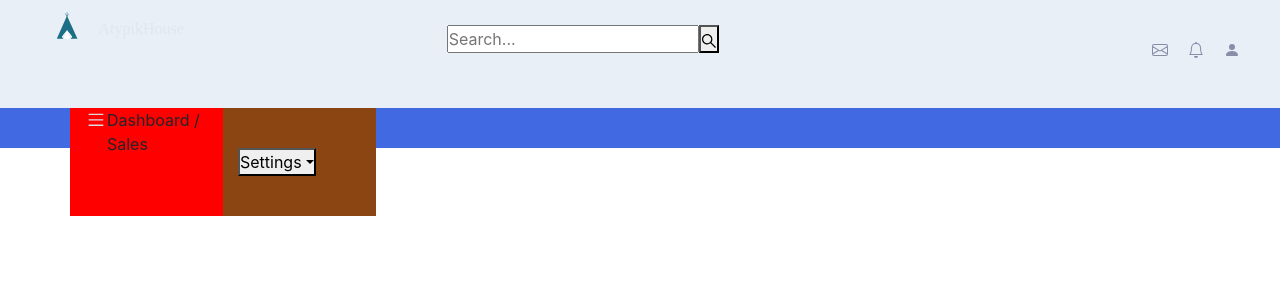
Repository: kifack/API-Symfony-AtypikHouse
Page: / (app in admin-frontend/)
An editor plug-in stored every save of this project. The page is shown before and after the next save, followed by the edit.
The browser window is 1280 px wide. The pictures show the whole page.
Some web libraries are served in a nearby version. The project was rebuilt for these pictures with package versions that can differ from the ones it lists, and the page was loaded fresh each time. Also part of the build but not shown: admin-frontend/src/css/Responsive.css, admin-frontend/src/css/admin/navbar.css, admin-frontend/src/components/template_parts/Header.js, admin-frontend/src/components/template_parts/Footer.js, admin-frontend/src/components/template_parts/Sidebar.js, admin-frontend/src/components/partials/LocationEntry.js, admin-frontend/src/components/template_parts/Spinner.js, admin-frontend/src/actions/location.js and 26 more.

Above is the page before, as saved 2020-10-01 19:38:23.

### admin-frontend/public/index.html
<!DOCTYPE html>
<html lang="en">
  <head>
    <meta charset="utf-8" />
    <link rel="icon" href="%PUBLIC_URL%/atypikhouse.ico" />
    <meta name="viewport" content="width=device-width, initial-scale=1" />
    <meta name="theme-color" content="#000000" />
    <meta
      name="description"
      content="Web site created using create-react-app"
    />
    <link
      rel="stylesheet"
      href="https://use.fontawesome.com/releases/v5.8.1/css/all.css"
      integrity="sha384-50oBUHEmvpQ+1lW4y57PTFmhCaXp0ML5d60M1M7uH2+nqUivzIebhndOJK28anvf"
      crossorigin="anonymous"
    />
    <!--
      manifest.json provides metadata used when your web app is installed on a
      user's mobile device or desktop. See https://developers.google.com/web/fundamentals/web-app-manifest/
    -->
    <!-- <link rel="manifest" href="%PUBLIC_URL%/manifest.json" /> -->
    <!--
      Notice the use of %PUBLIC_URL% in the tags above.
      It will be replaced with the URL of the `public` folder during the build.
      Only files inside the `public` folder can be referenced from the HTML.

      Unlike "/favicon.ico" or "favicon.ico", "%PUBLIC_URL%/favicon.ico" will
      work correctly both with client-side routing and a non-root public URL.
      Learn how to configure a non-root public URL by running `npm run build`.
    -->
    <script
      src="https://code.jquery.com/jquery-3.5.1.min.js"
      integrity="sha256-9/aliU8dGd2tb6OSsuzixeV4y/faTqgFtohetphbbj0="
      crossorigin="anonymous"
    ></script>
    <script src="https://stackpath.bootstrapcdn.com/bootstrap/4.5.2/js/bootstrap.min.js"></script>
    <script
      src="https://code.jquery.com/jquery-3.5.1.min.js"
      integrity="sha256-9/aliU8dGd2tb6OSsuzixeV4y/faTqgFtohetphbbj0="
      crossorigin="anonymous"
    ></script>

    <script src="https://stackpath.bootstrapcdn.com/bootstrap/4.5.2/js/bootstrap.min.js"></script>
    <title>AtypikHouse</title>
  </head>
  <body>
    <noscript>You need to enable JavaScript to run this app.</noscript>
    <div id="root"></div>
    <!--
      This HTML file is a template.
      If you open it directly in the browser, you will see an empty page.

      You can add webfonts, meta tags, or analytics to this file.
      The build step will place the bundled scripts into the <body> tag.

      To begin the development, run `npm start` or `yarn start`.
      To create a production bundle, use `npm run build` or `yarn build`.
    -->
  </body>
</html>

### admin-frontend/src/index.js
import React from 'react';
import ReactDOM from 'react-dom';
import App from './components/App';
import 'bootstrap/dist/css/bootstrap.min.css';
import { Provider } from 'react-redux';
import configureStore from './store/store';
import HeaderBack from './components/backend/HeaderBack';


const store = configureStore();
ReactDOM.render(
  <React.StrictMode>
    <Provider store={store}>
      <HeaderBack />
    </Provider>

  </React.StrictMode>,
  document.getElementById('root')
);

### admin-frontend/src/store/store.js
import { createStore, applyMiddleware } from "redux";
import { composeWithDevTools } from "redux-devtools-extension";
import thunk from "redux-thunk";
import rootReducer from "../reducers";

const configureStore = () => {
  const initialState = {};

  const middleware = [thunk];

  const store = createStore(
    rootReducer,
    initialState,
    composeWithDevTools(applyMiddleware(...middleware))
  );
  return store;
};

export default configureStore;

### admin-frontend/src/components/backend/HeaderBack.js
import React from "react";
import { Navbar, Nav, Image, Row, Container, Col } from "react-bootstrap";
import { BsBell, BsEnvelope, BsFillPersonFill, BsList } from "react-icons/bs";
import { FaSistrix } from "react-icons/fa";
import logo from './../../media/logonegatif.svg';


class HeaderBack extends React.Component{
    render(){
        return(

            <header>
            <Navbar>

                <div className="blue-sky menuhaut">
                <Container >
                <Row className="align-items-center">
                    <Col>
                        <Nav.Link><Image class="logo"src={logo}/><span class="titlesite">AtypikHouse</span></Nav.Link>
                    </Col>
                    <Col>
                        <form >

                        <input  type="text" placeholder="Search..." aria-label="Search"  />
                        <button type="submit" ><FaSistrix className="icons"/></button>
                        </form>
                    </Col>
                    <Col className="d-flex justify-content-end">
                        <Nav.Link><BsEnvelope className="icon-env"/></Nav.Link>
                        <Nav.Link><BsBell className="icon-bell"/></Nav.Link>
                        <Nav.Link><BsFillPersonFill className="icon-person"/></Nav.Link>
                    </Col>
                </Row >
                </Container>
                </div>

                    <div class="blue-sky sous-header">
                    <Container>
                    <Row className="align-items-center">

                        <Col className="d-flex justify-content-end">
                        <BsList class="icon-list"/>
                        <span className="titlelist"> Dashboard / Sales</span>
                        </Col>

                        <Col>
                        <button className="dropdown-toggle" type="button" id="setting">Settings</button>
                        </Col>


                    </Row>
                    </Container>
                    </div>

            </Navbar>
         </header>


        )
    }

}

export default HeaderBack;

### admin-frontend/src/utils/setAuthToken.js
import api from "./api";

const setAuthToken = (token) => {
  if (token) {
    console.log("setting...");
    api.defaults.headers.common.authorization = "Bearer " + token;
    localStorage.setItem("token", token);
  } else {
    console.log("deleting...");
    delete api.defaults.headers.common["Authorization"];
    localStorage.removeItem("token");
  }
};

export default setAuthToken;

### admin-frontend/src/css/App.css
:root {
  --primaryColor: #1c6e86;
  --secondaryColor :#060818;
  --tierColor: #1e2020;
  --white: #ffffff;
}

* {
  margin: 0;
  padding: 0;
  box-sizing: border-box;
}

@font-face {
  font-family: "title-logo";
  src: url("./../polices/vagnotie.otf");
}
@font-face {
  font-family: "title-block";
  src: url("./../polices/Vogue.ttf");
}
@font-face {
  font-family: "title-secondaire";
  src: url("./../polices/ArcaMajora3-Bold.otf");
}
@font-face {
  font-family : "sans-serifSpe";
  src: url("./../polices/Myriad-Pro_31655.ttf");
}

.blue-sky {
  background-color: var(--secondaryColor);
}
body .blue-Marine {
  background-color: var(--primaryColor);
}

.titleBlock {
  font-family: "title-block";
  padding-top: 30px;
  font-size: 1.3rem;
  color: var(--tiercolor);
}
.titleConte{
  text-align: center;
}
.btnNb{
  padding: 10px 20px;
  text-decoration: none;
  border-radius: 20px;
  font-family: "title-secondaire";
  font-size: 1rem;
}
.secondaryNb {
  color: var(--secondaryColor);
}
.btnNb:hover {
  text-decoration: none;
  color: var(--primaryColor);
  background-color: var(--secondaryColor);
}
.conteneurBtn {
  padding-top: 20px;
}
img {
  width: 100%;
}


/*********************************************************** Header backend ************************************************************************************/













/* ################################# Header ###########################*/
header .navbar{
  padding: 0;
  margin: 0;
  display: block;
}

header .menuhaut{
  height: 15vh;
  padding: 0;
  margin: 0;
}
header .menuhaut .col:first-child{
  width: 30%;
  height: 15vh;

}
header .menuhaut .col:nth-child(2){
  width: 30%;
  height: 8vh;

}
header .menuhaut .col:nth-child(3){
  width: 30%;
  height: 5vh;

}
header .menuhaut .col:nth-child(3) .nav-link{
  padding-left: 10px;
  padding-right: 10px;
  padding-top: 0px;
  padding-bottom: 10px;

}

header .menuhaut .row{
  width: 100%;
  height: 15vh;
  margin: 0;
  padding: 0;

}
header .menuhaut .container{
  max-width: 100% ;
  margin: 0;

}

header .container img {
  width: 12%;
  margin-right: 10px;

}

.titlesite, .logo{

  color: #e0e6ed;
  width: 30px;
  font-family: "title-secondair";
  font-size: 1.0rem;
}

.icon-env, .icon-bell, .icon-person {
  color: #888ea8;
}
.icon-list{
  color: #d9dadc;
  width: 30px;
  height: 25px;
 }

/*######  sous header ######*/

header .sous-header{
 background-color: royalblue;
 height: 40px;
 margin: 0;
 padding: 0;
}

header .sous-header .col:first-child{
  width: 30%;
  height: 15vh;
  background-color: red;

}
header .sous-header .row{
  background-color: saddlebrown;


}
header .menuhaut .container{
  max-width: 100% ;
  margin: 0;

}





/*

input{
  background-color: #0e1726;
  border: 0px;
  border-radius: 10px;
  height: 40px;
  width: 60%;
}

button{
  background-color: #0e1726;
  border: 0px;
  border-radius: 10px;
  height: 40px;
}


button#setting {
  background-color: #1a1c2d;
  color: #d2d8df;
  font-size: 10px;
  width: 20%;
  border-radius: 12px;

  }

  .titlelist{
    color: #e9e9ea;
   }
*/

### admin-frontend/src/reducers/index.js
import { combineReducers } from "redux";
import auth from "./auth";
import location from "./location";
import user from "./user";
import comment from "./comment";
import destination from "./destination";
import category from "./category";
import thematic from "./thematic";
import field from "./field";

export default combineReducers({
  auth,
  location,
  user,
  comment,
  destination,
  category,
  thematic,
  field,
});

### admin-frontend/src/utils/api.js
import axios from "axios";
import store from "../store/store";
import { LOGOUT } from "../actions/types";

const api = axios.create({
  baseURL: "http://localhost:8000/api/v01",
  // baseURL: "http://api.f2i-dev2-ami-bc-akb-vyk.fr/api/v01",
  headers: {
    "Content-Type": "application/json",
    Accept: "application/json",
  },
});

const { dispatch } = store;

export default api;

### admin-frontend/src/css/sidebar.css
:root {
  --primaryColor: #0090d9;
  --secondaryColor: #e8f1f8;
  --tierColor: #1e2020;
  --white: #ffffff;
}

.sidebar {
  width: 240px;
  min-height: 100vh;
  transition: 0.4s;
  transition-property: width;
  background-color: #fff;

  /* background-image: linear-gradient(180deg, #4e73df 10%, #224abe 100%); */
  /* overflow-y: auto; */
}

.sidebar ul {
  /* color: var(--primaryColor); */
  height: 100%;
  width: 100%;
  list-style: none;
}
.sidebar .menu li {
  line-height: 60px;
  border-bottom: 1px solid #bdb8d7;
  border-bottom: 1px solid rgba(0, 0, 0, 0.05);
  border-top: 1px solid rgba(255, 255, 255, 0.05);
}
.sidebar .menu li:last-child {
  border-bottom: 1px solid rgba(255, 255, 255, 0.05);
}
.sidebar .menu li a {
  position: relative;
  text-decoration: none;
  color: #6c757d;
  font-size: 16px;
  padding-left: 20px;
  font-weight: 500;
  display: block;
  width: 100%;
  border-left: 3px solid transparent;
}
.sidebar .menu li a > i {
  color: var(--primaryColor);
  padding-right: 8px;
}
.sidebar .menu li.active a {
  color: #fff;
  background: #4e73df;
  /* border-left-color: #000; */
}
.sidebar .menu li a:hover {
  /* background-color: #4e73df; */
  opacity: 0.9;
  color: var(--primaryColor);
}
.sidebar .menu ul {
  position: static;
  display: none;
  background-color: #fff;
}

.sidebar .menu ul li {
  line-height: 50px;
  border-top: none;
  color: var(--primaryColor);
}

.sidebar ul li a .item {
  /* margin-left: 15px; */
  transition: 0.4s;
  transition-property: display;
}
.sidebar .menu ul li a {
  font-size: 15px;
  color: #6c757d;
  padding-left: 50px;
}
.sidebar .menu li.active ul li a {
  color: #e6e6e6;
  background: #1b1b1b;
  border-left-color: transparent;
}
.sidebar .menu ul li a:hover {
  border-left-color: var(--primaryColor);
  border-left-width: 5px;
}
.sidebar li a .caret-menu {
  position: absolute;
  top: 50%;
  right: 20px;
  transform: translateY(-50%);
  font-size: 18px;
  transition: transform 0.7s;
}
.sidebar li a span.rotate {
  transform: translateY(-50%) rotate(-180deg);
}

.wrapper.collapse-sidebar .sidebar {
  width: 70px;
}

.wrapper.collapse-sidebar .main_content {
  width: calc(100% - 70px);
}

.wrapper.collapse-sidebar .sidebar .item,
.submenu,
.wrapper.collapse-sidebar .sidebar .submenu li {
  display: none;
}

### admin-frontend/src/css/card.css
/* Navigation tabs */
:root {
  --primaryColor: #0090d9;
  --secondaryColor: #e8eff7;
  --tierColor: #1e2020;
  --white: #ffffff;
}
.tabs {
  /* width: 730px; */
  height: 100vh;
  overflow: hidden;
  border-radius: 5px;
  box-shadow: 5px 10px 5px #ccc;
  border: 1px solid #eee;
  margin-right: 10px;
}
.tabs .tab-header {
  /* height: 40px; */
  display: flex;
  align-items: center;
  width: 100%;
  padding: 15px;
  /* border: 1px solid #eee; */
}

.tabs .tab-header > div {
  width: calc(100% / 2);
  text-align: center;
  color: #888;
  font-weight: 600;
  cursor: pointer;
  font-size: 14px;
  text-transform: uppercase;
  outline: none;
}
/* .tabs .tab-header > div > i {
  display: block;
  margin-bottom: 5px;
} */
.tabs .tab-header > div.active {
  color: var(--primaryColor);
}
.tabs .tab-indicator {
  position: relative;
  width: calc(100% / 2);
  height: 5px;
  background: var(--primaryColor);
  left: 0px;
  border-radius: 5px;
  transition: all 500ms ease-in-out;
}
.tabs .tab-body {
  position: relative;
  height: calc(100% - 60px);
  padding: 10px 5px;
}
.tabs .tab-body > div {
  padding: 20px;
  position: absolute;
  width: 100%;
  top: -200%;
  opacity: 0;
  transform: scale(0.9);
  transition: opacity 500ms ease-in-out 0ms, transform 500ms ease-in-out 0ms;
}
.tabs .tab-body > div.active {
  top: 0px;
  opacity: 1;
  transform: scale(1);
}

/* Display location  */
.img-container {
  position: relative;
}
/* Next & previous buttons */
.prev,
.next {
  cursor: pointer;
  position: absolute;
  text-decoration: none !important;
  top: 50%;
  width: auto;
  margin-top: -22px;
  padding: 16px;
  color: white !important;
  font-weight: bold;
  font-size: 18px;
  transition: 0.6s ease;
  border-radius: 0 3px 3px 0;
  user-select: none;
}

/* Position the "next button" to the right */
.next {
  right: 0;
  border-radius: 3px 0 0 3px;
}
.prev {
  left: 0;
}

/* On hover, add a black background color with a little bit see-through */
.prev:hover,
.next:hover {
  background-color: rgba(0, 0, 0, 0.8);
}
/* Fading animation */
.custom-fade {
  -webkit-animation-name: fade;
  -webkit-animation-duration: 1.5s;
  animation-name: fade;
  animation-duration: 1.5s;
}

@-webkit-keyframes fade {
  from {
    opacity: 0.4;
  }
  to {
    opacity: 1;
  }
}

@keyframes fade {
  from {
    opacity: 0.4;
  }
  to {
    opacity: 1;
  }
}

### admin-frontend/src/reducers/auth.js
import {
  LOAD_USER_REQUEST,
  USER_LOADED,
  AUTH_ERROR,
  LOGIN_REQUEST,
  LOGIN_SUCCESS,
  LOGIN_FAIL,
  LOGOUT,
} from "../actions/types";
import setAuthToken from "../utils/setAuthToken";

const initialState = {
  token: localStorage.getItem("token"),
  isAuthenticated: false,
  loading: false,
  user: null,
  isLogining: false,
  error: null,
};

export default function (state = initialState, action) {
  const { type, payload } = action;

  switch (type) {
    case LOAD_USER_REQUEST:
      return {
        ...state,
        loading: true,
      };
    case USER_LOADED:
      if (payload.roles.indexOf("ROLE_ADMIN") >= 0) {
        return {
          ...state,
          isAuthenticated: true,
          loading: false,
          user: payload,
        };
      } else {
        return {
          ...state,
          isAuthenticated: false,
          loading: false,
          error: "Vous n'avez pas des droits d'accés",
        };
      }
    case LOGIN_REQUEST:
      return {
        ...state,
        isLogining: true,
      };
    case LOGIN_SUCCESS:
      if (payload.user.roles.indexOf("ROLE_ADMIN") >= 0) {
        localStorage.setItem("token", payload.token);
        setAuthToken(payload.token);
        return {
          ...state,
          isAuthenticated: true,
          isLogining: false,
          user: payload.user,
        };
      } else {
        return {
          ...state,
          isAuthenticated: false,
          isLogining: false,
          error: "Vous n'avez pas des droits d'accéss",
        };
      }

    case AUTH_ERROR:
    case LOGOUT:
      console.log("logout");
      localStorage.removeItem("token");
      return {
        ...state,
        token: null,
        isAuthenticated: false,
        loading: false,
        user: null,
        error: payload,
      };

    case LOGIN_FAIL:
      return {
        ...state,
        isLogining: false,
        error: payload.message,
      };

    default:
      return state;
  }
}

### admin-frontend/src/reducers/location.js
import {
  LOAD_LOCATIONS,
  LOAD_LOCATIONS_SUCCESS,
  LOAD_LOCATIONS_ERROR,
  VALIDATE_LOCATION,
  VALIDATE_LOCATION_ERROR,
  DEACTIVATE_LOCATION,
  DEACTIVATE_LOCATION_ERROR,
  LOAD_LOCATION,
  LOAD_LOCATION_SUCCESS,
  LOAD_LOCATION_ERROR,
} from "../actions/types";

const initialState = {
  locations: [],
  location: null,
  loading: false,
  loadingLocation: true,
};

export default function (state = initialState, action) {
  const { type, payload } = action;
  let index, locations;

  switch (type) {
    case LOAD_LOCATIONS:
      return {
        ...state,
        loading: true,
      };
    case LOAD_LOCATIONS_SUCCESS:
      return {
        ...state,
        locations: payload,
        loading: false,
      };

    case LOAD_LOCATION:
      return {
        ...state,
        loadingLocation: true,
        location: null,
      };
    case LOAD_LOCATION_SUCCESS:
      return {
        ...state,
        location: payload,
        loadingLocation: false,
      };
    case VALIDATE_LOCATION:
      index = state.locations.findIndex((item) => item.id === payload);
      locations = state.locations;
      locations[index].status = 1;

      return {
        ...state,
        locations: [...locations],
        loading: false,
      };
    case DEACTIVATE_LOCATION:
      index = state.locations.findIndex((item) => item.id === payload);
      locations = state.locations;
      locations[index].status = 2;

      return {
        ...state,
        locations: [...locations],
        loading: false,
      };

    default:
      return state;
  }
}

### admin-frontend/src/reducers/user.js
import {
  LOAD_USERS,
  LOAD_USERS_ERROR,
  LOAD_USERS_SUCCESS,
  LOAD_USER,
  LOAD_USER_SUCCESS,
  LOAD_USER_ERROR,
  TOGGLE_SIDEBAR,
  ACTIVATE_USER,
  ACTIVATE_USER_ERROR,
  DEACTIVATE_USER,
  DEACTIVATE_USER_ERROR,
} from "../actions/types";

const initialState = {
  users: [],
  user: null,
  loading: false,
  loadingUser: true,
  showSidebar: true,
};

export default function (state = initialState, action) {
  const { type, payload } = action;
  let index, users;

  switch (type) {
    case LOAD_USERS:
      return {
        ...state,
        loading: true,
      };
    case LOAD_USERS_SUCCESS:
      return {
        ...state,
        users: payload,
        loading: false,
      };

    case LOAD_USER:
      return {
        ...state,
        user: null,
        loadingUser: true,
      };
    case LOAD_USER_SUCCESS:
      return {
        ...state,
        user: payload,
        loadingUser: false,
      };
    case ACTIVATE_USER:
      index = state.users.findIndex((item) => item.id === payload);
      users = state.users;
      users[index].status = 1;

      return {
        ...state,
        users: [...users],
        loading: false,
      };
    case DEACTIVATE_USER:
      index = state.users.findIndex((item) => item.id === payload);
      users = state.users;
      users[index].status = 0;

      return {
        ...state,
        users: [...users],
        loading: false,
      };

    case TOGGLE_SIDEBAR:
      return {
        ...state,
        showSidebar: !state.showSidebar,
      };

    default:
      return state;
  }
}

### admin-frontend/src/reducers/comment.js
import {
  LOAD_COMMENTS,
  LOAD_COMMENTS_SUCCESS,
  LOAD_COMMENTS_ERROR,
  DELETE_COMMENT,
  DELETE_COMMENT_ERROR,
} from "../actions/types";

const initialState = {
  comments: [],
  loading: false,
};

export default function (state = initialState, action) {
  const { type, payload } = action;

  switch (type) {
    case LOAD_COMMENTS:
      return {
        ...state,
        loading: true,
      };

    case LOAD_COMMENTS_SUCCESS:
      return {
        ...state,
        comments: payload,
        loading: false,
      };
    case DELETE_COMMENT:
      let filteredComments = state.comments.filter(
        (item) => item.id !== payload
      );
      return {
        ...state,
        comments: [...filteredComments],
        loading: false,
      };

    default:
      return state;
  }
}

### admin-frontend/src/reducers/destination.js
import {
  LOAD_DESTINATIONS,
  LOAD_DESTINATIONS_SUCCESS,
  LOAD_DESTINATIONS_ERROR,
  ADD_DESTINATION,
  ADD_DESTINATION_ERROR,
} from "../actions/types";

const initialState = {
  destinations: [],
  loading: false,
};

export default function (state = initialState, action) {
  const { type, payload } = action;

  switch (type) {
    case ADD_DESTINATION:
      return {
        ...state,
        destinations: [...state.destinations, payload],
        loading: false,
      };
    case LOAD_DESTINATIONS:
      return {
        ...state,
        loading: true,
      };
    case LOAD_DESTINATIONS_SUCCESS:
      return {
        ...state,
        destinations: payload,
        loading: false,
      };

    default:
      return state;
  }
}

### admin-frontend/src/reducers/category.js
import {
  LOAD_CATEGORIES,
  LOAD_CATEGORIES_SUCCESS,
  LOAD_CATEGORIES_ERROR,
  ADD_CATEGORY,
  ADD_CATEGORY_ERROR,
} from "../actions/types";

const initialState = {
  categories: [],
  loading: false,
};

export default function (state = initialState, action) {
  const { type, payload } = action;

  switch (type) {
    case LOAD_CATEGORIES:
      return {
        ...state,
        loading: true,
      };
    case LOAD_CATEGORIES_SUCCESS:
      return {
        ...state,
        categories: [...payload],
        loading: false,
      };
    case ADD_CATEGORY:
      return {
        ...state,
        categories: [...state.categories, payload],
        loading: false,
      };

    default:
      return state;
  }
}

### admin-frontend/src/reducers/thematic.js
import {
  LOAD_THEMATICS,
  LOAD_THEMATICS_SUCCESS,
  LOAD_THEMATICS_ERROR,
  ADD_THEMATIC,
  ADD_THEMATIC_ERROR,
} from "../actions/types";

const initialState = {
  thematics: [],
  loading: false,
};

export default function (state = initialState, action) {
  const { type, payload } = action;

  switch (type) {
    case ADD_THEMATIC:
      return {
        ...state,
        thematics: [...state.thematics, payload],
        loading: false,
      };

    case LOAD_THEMATICS:
      return {
        ...state,
        loading: true,
      };

    case LOAD_THEMATICS_SUCCESS:
      return {
        ...state,
        thematics: payload,
        loading: false,
      };

    default:
      return state;
  }
}

### admin-frontend/src/reducers/field.js
import {
  LOAD_FIELDS,
  LOAD_FIELDS_ERROR,
  ADD_FIELD,
  ADD_FIELD_ERROR,
} from "../actions/types";

const initialState = {
  fields: [],
  loading: true,
};

export default function (state = initialState, action) {
  const { type, payload } = action;

  switch (type) {
    case LOAD_FIELDS:
      return {
        ...state,
        fields: [...payload],
        loading: false,
      };
    case ADD_FIELD:
      return {
        ...state,
        fields: [...state.fields, payload],
        loading: false,
      };

    default:
      return state;
  }
}

### admin-frontend/src/css/spinner.css
/* https://projects.lukehaas.me/css-loaders/ */
:root {
  --primaryColor: #0090d9;
  --secondaryColor: #e8eff7;
  --tierColor: #1e2020;
  --white: #ffffff;
}

.spinner {
  width: 100%;
  height: 100%;
  display: flex;
  align-items: center;
  justify-content: center;
  /* background-color: rgb(0, 0, 0); */
  /* background-color: #eee; */
}

.loader {
  color: var(--primaryColor);
  font-size: 20px;
  margin: 100px auto;
  width: 1em;
  height: 1em;
  border-radius: 50%;
  position: relative;
  text-indent: -9999em;
  -webkit-animation: load4 1.3s infinite linear;
  animation: load4 1.3s infinite linear;
  -webkit-transform: translateZ(0);
  -ms-transform: translateZ(0);
  transform: translateZ(0);
}
@-webkit-keyframes load4 {
  0%,
  100% {
    box-shadow: 0 -3em 0 0.2em, 2em -2em 0 0em, 3em 0 0 -1em, 2em 2em 0 -1em,
      0 3em 0 -1em, -2em 2em 0 -1em, -3em 0 0 -1em, -2em -2em 0 0;
  }
  12.5% {
    box-shadow: 0 -3em 0 0, 2em -2em 0 0.2em, 3em 0 0 0, 2em 2em 0 -1em,
      0 3em 0 -1em, -2em 2em 0 -1em, -3em 0 0 -1em, -2em -2em 0 -1em;
  }
  25% {
    box-shadow: 0 -3em 0 -0.5em, 2em -2em 0 0, 3em 0 0 0.2em, 2em 2em 0 0,
      0 3em 0 -1em, -2em 2em 0 -1em, -3em 0 0 -1em, -2em -2em 0 -1em;
  }
  37.5% {
    box-shadow: 0 -3em 0 -1em, 2em -2em 0 -1em, 3em 0em 0 0, 2em 2em 0 0.2em,
      0 3em 0 0em, -2em 2em 0 -1em, -3em 0em 0 -1em, -2em -2em 0 -1em;
  }
  50% {
    box-shadow: 0 -3em 0 -1em, 2em -2em 0 -1em, 3em 0 0 -1em, 2em 2em 0 0em,
      0 3em 0 0.2em, -2em 2em 0 0, -3em 0em 0 -1em, -2em -2em 0 -1em;
  }
  62.5% {
    box-shadow: 0 -3em 0 -1em, 2em -2em 0 -1em, 3em 0 0 -1em, 2em 2em 0 -1em,
      0 3em 0 0, -2em 2em 0 0.2em, -3em 0 0 0, -2em -2em 0 -1em;
  }
  75% {
    box-shadow: 0em -3em 0 -1em, 2em -2em 0 -1em, 3em 0em 0 -1em, 2em 2em 0 -1em,
      0 3em 0 -1em, -2em 2em 0 0, -3em 0em 0 0.2em, -2em -2em 0 0;
  }
  87.5% {
    box-shadow: 0em -3em 0 0, 2em -2em 0 -1em, 3em 0 0 -1em, 2em 2em 0 -1em,
      0 3em 0 -1em, -2em 2em 0 0, -3em 0em 0 0, -2em -2em 0 0.2em;
  }
}
@keyframes load4 {
  0%,
  100% {
    box-shadow: 0 -3em 0 0.2em, 2em -2em 0 0em, 3em 0 0 -1em, 2em 2em 0 -1em,
      0 3em 0 -1em, -2em 2em 0 -1em, -3em 0 0 -1em, -2em -2em 0 0;
  }
  12.5% {
    box-shadow: 0 -3em 0 0, 2em -2em 0 0.2em, 3em 0 0 0, 2em 2em 0 -1em,
      0 3em 0 -1em, -2em 2em 0 -1em, -3em 0 0 -1em, -2em -2em 0 -1em;
  }
  25% {
    box-shadow: 0 -3em 0 -0.5em, 2em -2em 0 0, 3em 0 0 0.2em, 2em 2em 0 0,
      0 3em 0 -1em, -2em 2em 0 -1em, -3em 0 0 -1em, -2em -2em 0 -1em;
  }
  37.5% {
    box-shadow: 0 -3em 0 -1em, 2em -2em 0 -1em, 3em 0em 0 0, 2em 2em 0 0.2em,
      0 3em 0 0em, -2em 2em 0 -1em, -3em 0em 0 -1em, -2em -2em 0 -1em;
  }
  50% {
    box-shadow: 0 -3em 0 -1em, 2em -2em 0 -1em, 3em 0 0 -1em, 2em 2em 0 0em,
      0 3em 0 0.2em, -2em 2em 0 0, -3em 0em 0 -1em, -2em -2em 0 -1em;
  }
  62.5% {
    box-shadow: 0 -3em 0 -1em, 2em -2em 0 -1em, 3em 0 0 -1em, 2em 2em 0 -1em,
      0 3em 0 0, -2em 2em 0 0.2em, -3em 0 0 0, -2em -2em 0 -1em;
  }
  75% {
    box-shadow: 0em -3em 0 -1em, 2em -2em 0 -1em, 3em 0em 0 -1em, 2em 2em 0 -1em,
      0 3em 0 -1em, -2em 2em 0 0, -3em 0em 0 0.2em, -2em -2em 0 0;
  }
  87.5% {
    box-shadow: 0em -3em 0 0, 2em -2em 0 -1em, 3em 0 0 -1em, 2em 2em 0 -1em,
      0 3em 0 -1em, -2em 2em 0 0, -3em 0em 0 0, -2em -2em 0 0.2em;
  }
}

Loaded but not shown: admin-frontend/src/actions/types.js (79 lines, source omitted)

After the next save:
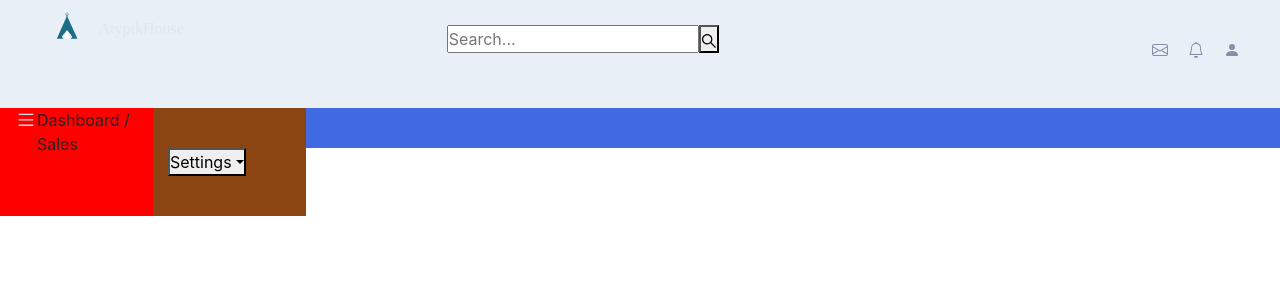
Saved 14 s later.
--- a/admin-frontend/src/css/App.css
+++ b/admin-frontend/src/css/App.css
@@ -169,10 +169,8 @@ header .sous-header .col:first-child{
 }
 header .sous-header .row{
   background-color: saddlebrown;
-
-
-}
-header .menuhaut .container{
+}
+header .sous-header .container{
   max-width: 100% ;
   margin: 0;
 
